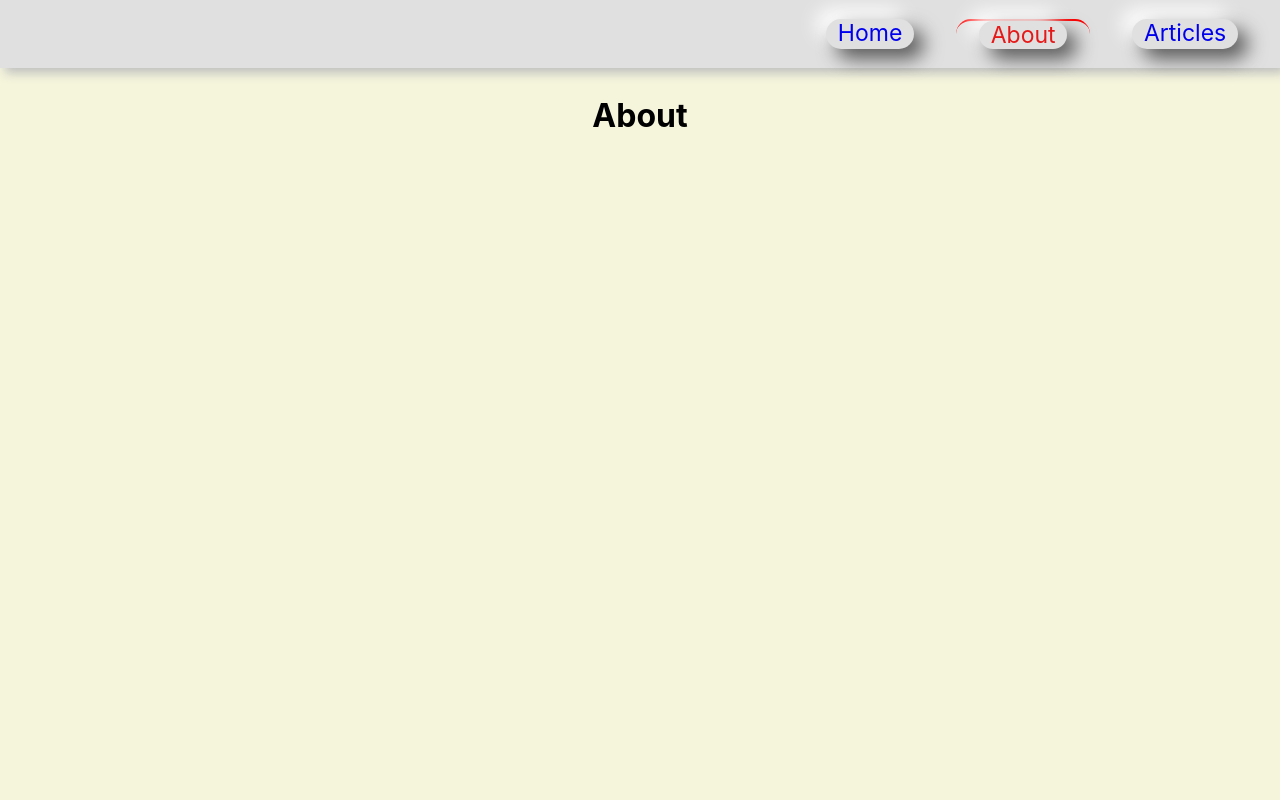
Repository: ShindanoSingi/react-software-architecture-course
Page: /about
The author's editor kept a copy of each file at every save. The page is drawn from the files as they stood at one save, then again after the next save.
The browser window is 1280 px wide. The pictures show the whole page.
The project was rebuilt for these pictures with package versions that can differ from the ones it lists, and the page was loaded fresh each time. Also part of the build but not shown: src/pages/Home.js, src/pages/Articles.js.

Above is the page before, as saved 2022-12-25 20:49:56.

### src/App.js
import './App.css';
import { Routes, Route, NavLink } from 'react-router-dom';
import Home from './pages/Home';
import About from './pages/About';
import Articles from './pages/Articles';


function App() {

  return (
    <>
      <nav className='nav-bar'>
      <ul className='list-container'>
        <NavLink to='/' className={({isActive}) => isActive ? "is-active" : null}>
          <li className='home'>Home</li>
        </NavLink>

        <NavLink to='/about' className={({isActive}) => isActive ? "is-active" : null}>
          <li className='about'>About</li>
        </NavLink>

        <NavLink to='/articles' className={({isActive}) => isActive ? "is-active" : null}>
          <li className='articles'>Articles</li>
        </NavLink>
      </ul>
    </nav>
      <Routes>
        <Route path='/' element={<Home />}/>
        <Route path='about' element={<About />}/>
        <Route path='articles' element={<Articles />}/>
      </Routes>
    </>
  );
}

export default App;

### src/App.css
h1 {
    text-align: center;
    margin: 0rem;
    padding: 0.5em;
}

.is-active {
    color: rgb(230, 25, 25);
    border-top: 2px solid red;
    border-radius: 205px;
}

.home,
.about,
.articles {
    border-radius: 205px;
    background: #e0e0e0;
    box-shadow: 10px 10px 19px #5a5a5a,
        -10px -10px 19px #ffffff;
    padding: 0 0.5em;
}

.list-container,
a {
    font-size: 1.2em;
    list-style: none;
    text-decoration: none;
    display: flex;
    padding: 0 1em;
    justify-content: flex-end;
    gap: 1em;
}

.nav-bar {
    position: fixed;
    width: 100%;
    top: 0;
    border-radius: 0px;
    background: #e0e0e0;
    box-shadow: 5px 5px 10px #bebebe,
        -5px -5px 10px #ffffff;
}

.container {
    max-width: 80em;
    background-color: beige;
    margin: 0 auto;
    height: 100vh;
    padding-top: 5em;
}

### src/pages/About.js
import React from 'react';

const About = () => {
  return (
    <div className='container'>
      <h1>About</h1>
    </div>
  );
}

export default About;

Loaded but not shown: public/index.html (common file); src/index.js (common file); src/index.css (common file); src/reportWebVitals.js (common file)

After the next save:
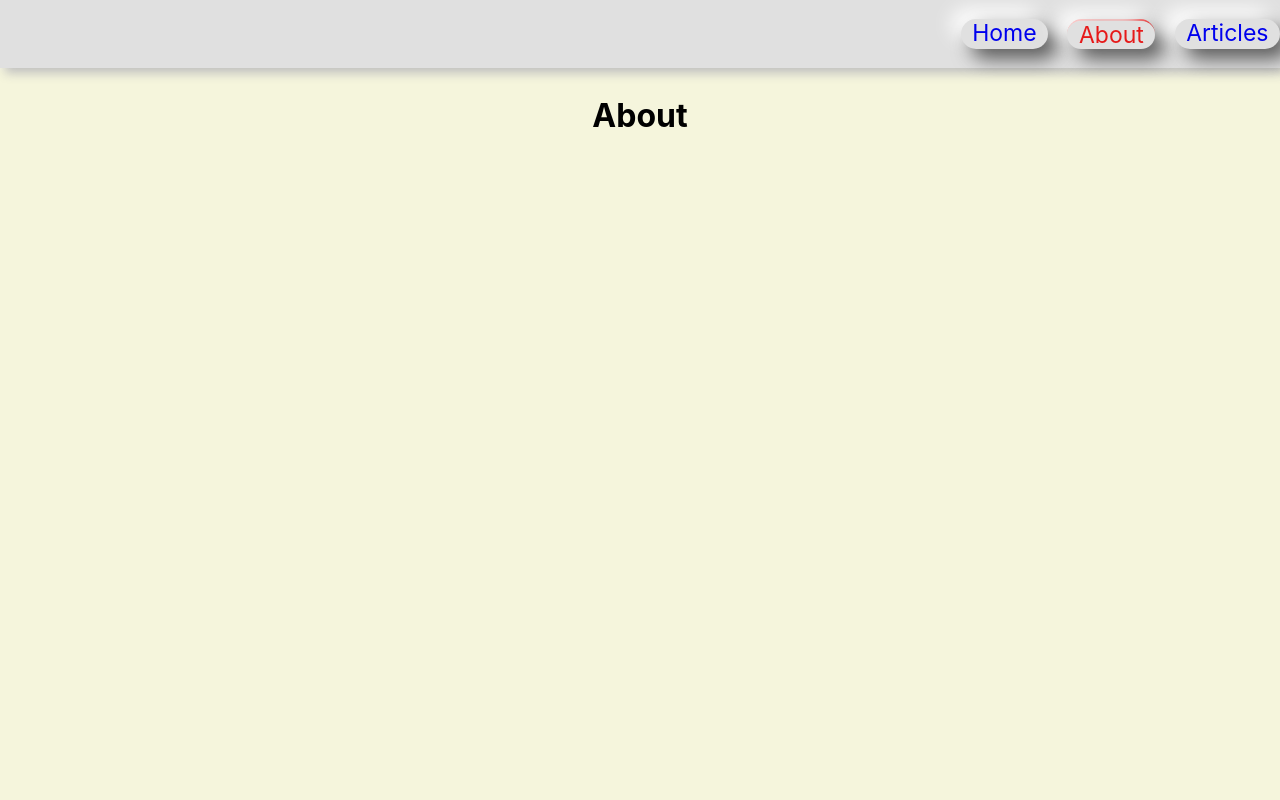
Saved 55 s later.
--- a/src/App.css
+++ b/src/App.css
@@ -26,7 +26,7 @@ a {
     list-style: none;
     text-decoration: none;
     display: flex;
-    padding: 0 1em;
+    padding: 0 0em;
     justify-content: flex-end;
     gap: 1em;
 }
